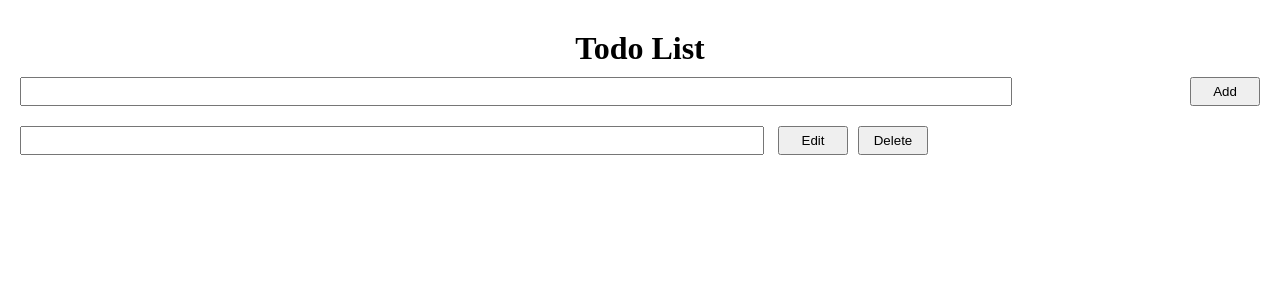
Repository: TENSAEA/----todo
Page: index.html
An editor plug-in stored every save of this project. The page is shown before and after the next save, followed by the edit.
The browser window is 1280 px wide. The pictures show the whole page.

Above is the page before, as saved 2023-10-11 10:44:10.

### index.html
<!DOCTYPE html>
<html lang="en">
  <head>
    <meta charset="UTF-8" />
    <meta name="viewport" content="width=device-width, initial-scale=1.0" />
    <title>TodoList</title>
    <link rel="stylesheet" href="style.css" />
  </head>
  <body>
    <div class="container">
      <h1>Todo List</h1>
      <div class="header">
        <form class="form">
          <input type="Add-text" id="add" />
          <label for="add"><button class="add">Add</button></label>
        </form>
      </div>
      <div class="list">
        <div class="list-hide">
          <ul id="list">
            <li>
              <input class="list-text" type="text" id="edit" readonly />
              <label for="edit">
                <button class="edit">Edit</button
                ><button class="delete">Delete</button>
              </label>
            </li>
          </ul>
        </div>
      </div>
    </div>
    <script src="script.js"></script>
  </body>
</html>

### style.css
*{
   box-sizing:border-box;
   margin:0;
   padding:0;
}

.container{
    display: flex;
    flex-direction: column;
    padding: 20px;
}

.container h1{
    padding:10px;
    text-align:center;
}

.header{
    padding-bottom: 20px;
}

#add{
    padding: 5px;
    width:80%;
    float:left;
}
.form label button{
    padding:5px;
    width:70px;
    margin-left:10px;
    cursor: pointer;
    float:right;
}

.list{
    padding-bottom: 20px;
}

.list ul{
    list-style: none;
}

.list #list li .list-text{
    padding: 5px;
    width:60%
}
.edit,.delete{
    padding:5px;
    width:70px;
    margin-left:10px;
    cursor: pointer;
}

### script.js
let addInput = document.getElementById("add");
let addBtn = document.get;

After the next save:
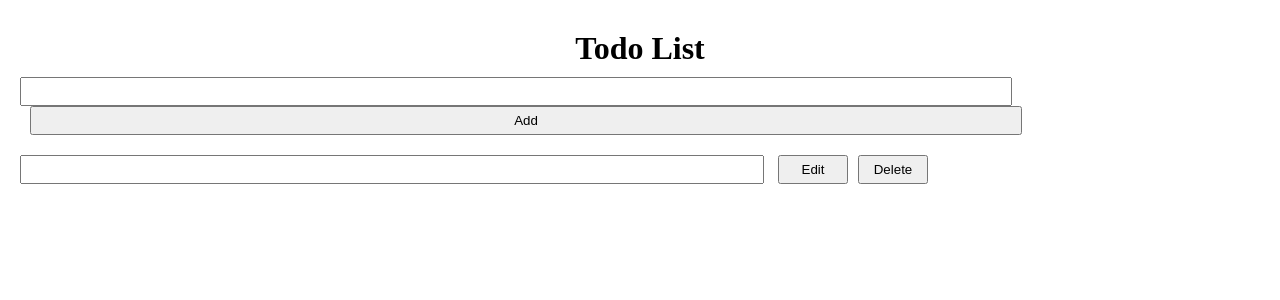
Saved 4 s later.
--- a/index.html
+++ b/index.html
@@ -12,7 +12,7 @@
       <div class="header">
         <form class="form">
           <input type="Add-text" id="add" />
-          <label for="add"><button class="add">Add</button></label>
+          <label for="add"><button id="add">Add</button></label>
         </form>
       </div>
       <div class="list">

After the save that followed:
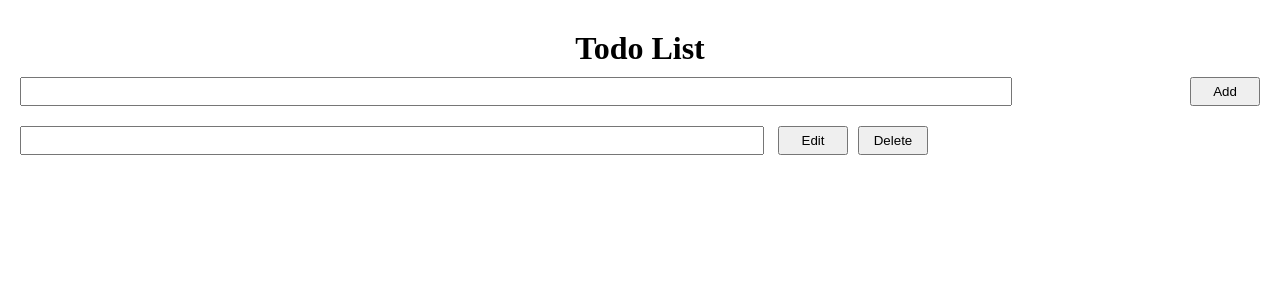
Saved 21 s later.
--- a/index.html
+++ b/index.html
@@ -12,7 +12,7 @@
       <div class="header">
         <form class="form">
           <input type="Add-text" id="add" />
-          <label for="add"><button id="add">Add</button></label>
+          <label for="add"><button id="addBtn">Add</button></label>
         </form>
       </div>
       <div class="list">
